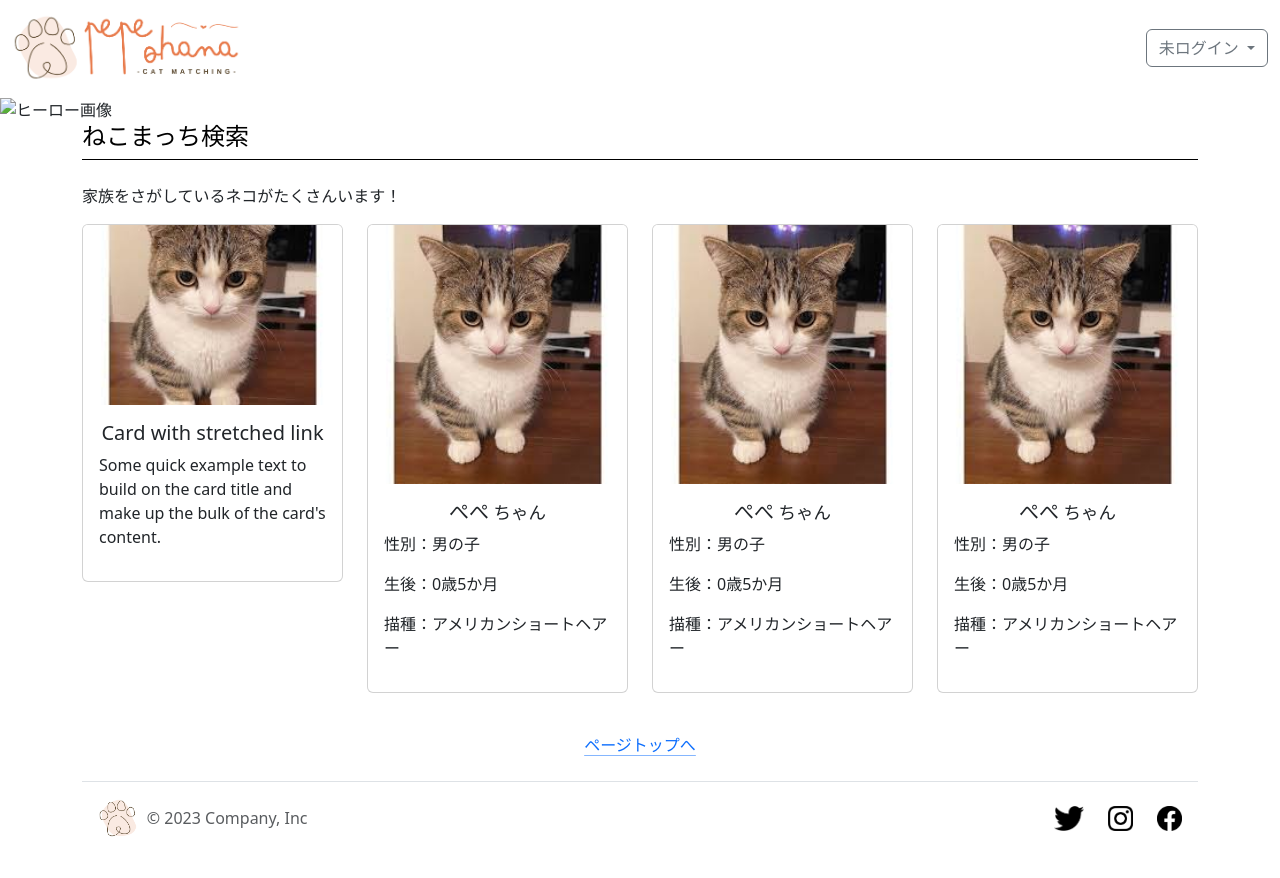
Repository: sakuwell/pepe
Page: http://localhost/PepeOhana/
The author's editor kept a copy of each file at every save. The page is drawn from the files as they stood at one save, then again after the next save.
The browser window is 1280 px wide. The pictures show the whole page.
The page is served by Tomcat 9.

Above is the page before, as saved 2023-09-06 02:01:29.

After the next save:
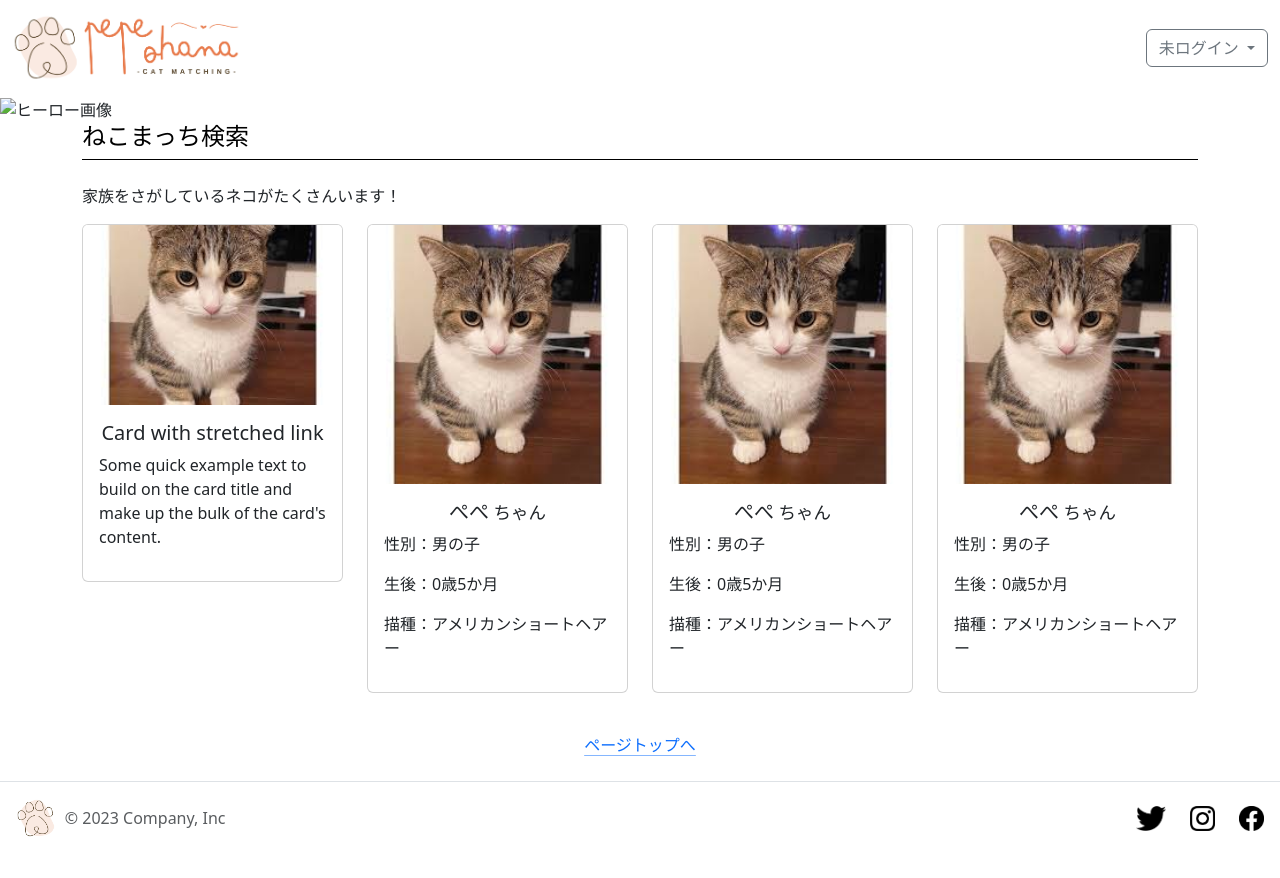
Saved 66 s later.
--- a/ExWorkSpace/PepeOhana/src/main/webapp/index.jsp
+++ b/ExWorkSpace/PepeOhana/src/main/webapp/index.jsp
@@ -152,19 +152,17 @@
             ページトップへ
         </a>
 	</div>
-   	<div class="container">
-		<footer class="d-flex flex-wrap justify-content-between align-items-center py-3 my-4 border-top">
-	    	<div class="col-md-4 d-flex align-items-center ms-3">
-	        	<a href="#" class="mb-3 me-2 mb-md-0"><img alt="ロゴ画像" src="images/nikukyu_logo.png" width="auto" height="40"></a>
-	          	<span class="mb-3 mb-md-0 text-body-secondary">© 2023 Company, Inc</span>
-	        </div>
-	        <ul class="nav col-md-4 justify-content-end list-unstyled d-flex me-3">
-	            <li><a href="#"><img src=images/twitter_logo.png width="auto" height="25"></a></li>
-	            <li class="ms-4"><a href="#"><img src=images/insta_logo.png width="auto" height="25"></a></li>
-	            <li class="ms-4"><a href="#"><img src=images/facebook_logo.png width="auto" height="25"></a></li>
-	        </ul>
-		</footer>
-	</div>
+	<footer class="d-flex flex-wrap justify-content-between align-items-center py-3 my-4 border-top">
+    	<div class="col-md-4 d-flex align-items-center ms-3">
+        	<a href="#" class="mb-3 me-2 mb-md-0"><img alt="ロゴ画像" src="images/nikukyu_logo.png" width="auto" height="40"></a>
+          	<span class="mb-3 mb-md-0 text-body-secondary">© 2023 Company, Inc</span>
+        </div>
+        <ul class="nav col-md-4 justify-content-end list-unstyled d-flex me-3">
+            <li><a href="#"><img src=images/twitter_logo.png width="auto" height="25"></a></li>
+            <li class="ms-4"><a href="#"><img src=images/insta_logo.png width="auto" height="25"></a></li>
+            <li class="ms-4"><a href="#"><img src=images/facebook_logo.png width="auto" height="25"></a></li>
+        </ul>
+	</footer>
     <!-- フッター　ここまで -->
 
 </body>
